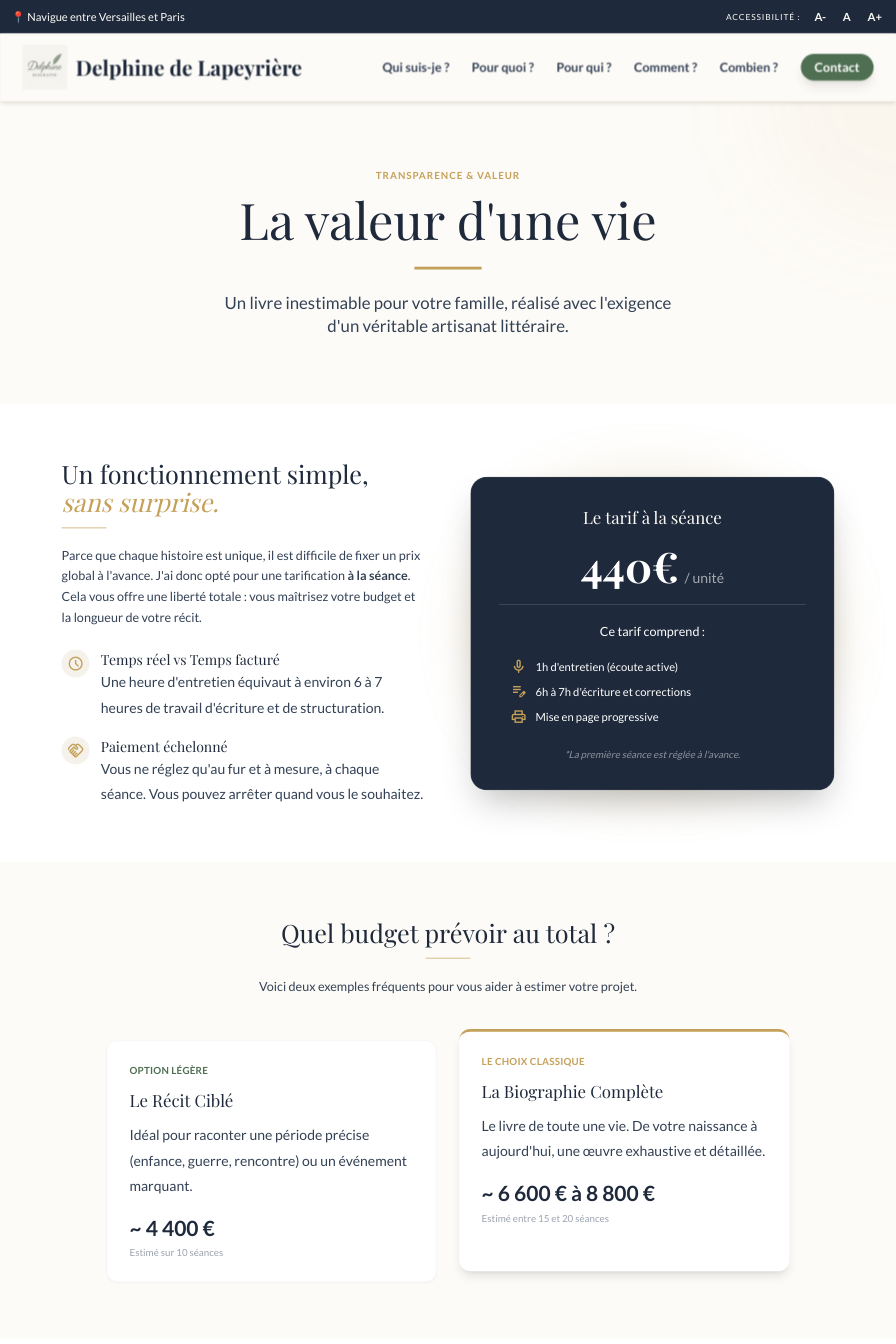
Repository: louisbdc/delphine-biographe
Page: /combien
An editor plug-in stored every save of this project. The page is shown before and after a run of saves, followed by the edit.
The browser window is 1280 px wide. The pictures show the part of the page from y = 0 to 1920 px (the page is 3323 px tall before and 3583 px after), at 70% of full size.
Some web fonts or font styles are not loaded; a fallback is used. The project was rebuilt for these pictures with package versions that can differ from the ones it lists, and the page was loaded fresh each time. The framework's server and built-in components were replaced by stand-ins that run in the browser. Also part of the build but not shown: next.config.js.

Above is the page before, as saved 2026-01-07 16:59:28.

After the next 2 saves:
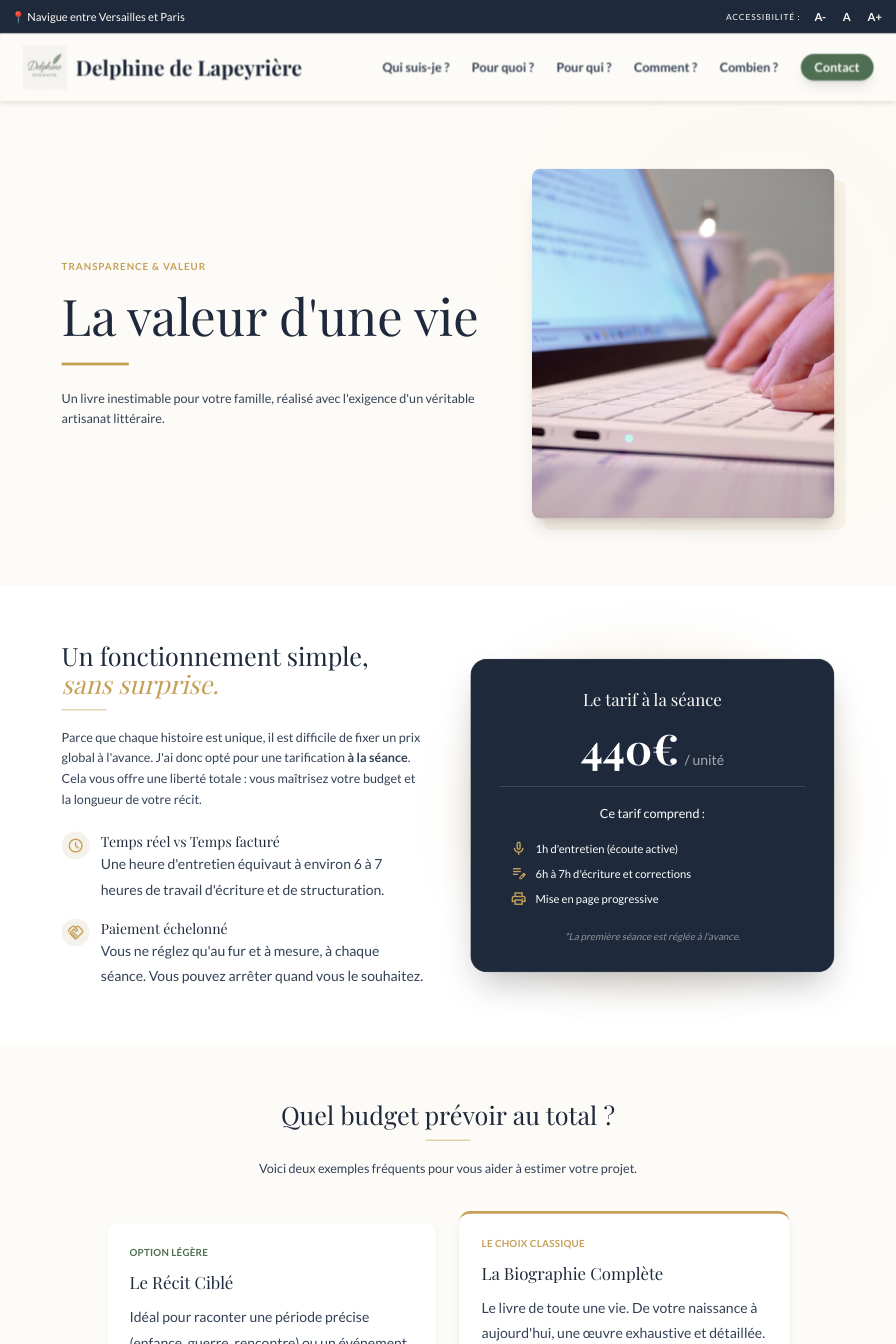
The 2 saves are shown as one change because 1 did not build or start.
The last was saved 66 s later.
--- a/app/combien/page.tsx
+++ b/app/combien/page.tsx
@@ -1,26 +1,48 @@
 import Navigation from "@/components/Navigation";
+import Image from "next/image";
 
 export default function Combien() {
   return (
     <>
       <Navigation />
 
-      {/* Hero Section : Élégant et Minimaliste */}
+      {/* Hero Section : Portrait Élégant */}
       <section className="relative py-24 bg-[#FDFBF7] overflow-hidden">
-        {/* Le même blob que sur les autres pages pour la continuité */}
-        <div className="absolute top-0 right-0 w-96 h-96 bg-gold/5 rounded-full blur-3xl translate-x-1/2 -translate-y-1/2"></div>
-        <div className="container mx-auto px-6 max-w-4xl text-center relative z-10">
-          <span className="text-gold font-bold tracking-widest uppercase text-sm mb-4 block">
-            Transparence & Valeur
-          </span>
-          <h1 className="text-5xl md:text-7xl font-serif text-navy mb-8 leading-tight">
-            La valeur d'une vie
-          </h1>
-          {/* Ajout du séparateur signature */}
-          <div className="w-24 h-1 bg-gold mx-auto mb-8"></div>
-          <p className="text-xl md:text-2xl text-navy-light max-w-2xl mx-auto leading-relaxed font-light">
-            Un livre inestimable pour votre famille, réalisé avec l'exigence d'un véritable artisanat littéraire.
-          </p>
+         {/* Décoration d'arrière-plan */}
+         <div className="absolute top-0 right-0 w-full h-full opacity-10 pointer-events-none">
+            <div className="absolute right-[-10%] top-[-10%] w-[50vw] h-[50vw] bg-gold/20 rounded-full blur-[100px]"></div>
+         </div>
+
+        <div className="container mx-auto px-6 max-w-6xl relative z-10">
+          <div className="grid md:grid-cols-12 gap-12 items-center">
+            {/* Colonne Texte (7 cols) */}
+            <div className="md:col-span-7 order-2 md:order-1">
+               <span className="text-gold font-bold tracking-widest uppercase text-sm mb-6 block fade-in">
+                Transparence & Valeur
+              </span>
+              <h1 className="text-5xl md:text-7xl font-serif text-navy mb-8 leading-tight fade-in">
+                La valeur d'une vie
+              </h1>
+              <div className="w-24 h-1 bg-gold mb-8"></div>
+              <p className="text-lg text-navy-light leading-relaxed max-w-2xl">
+                Un livre inestimable pour votre famille, réalisé avec l'exigence d'un véritable artisanat littéraire.
+              </p>
+            </div>
+
+            {/* Colonne Image (5 cols) - Style Album photo unifié */}
+            <div className="md:col-span-5 order-1 md:order-2 relative">
+              <div className="absolute inset-0 bg-gold/10 transform translate-x-4 translate-y-4 rounded-xl z-0"></div>
+              <div className="relative z-10 h-[500px] w-full rounded-xl overflow-hidden shadow-xl">
+                <Image
+                  src="/writing_job.jpg"
+                  alt="La valeur d'une vie"
+                  fill
+                  className="object-cover"
+                  priority
+                />
+              </div>
+            </div>
+          </div>
         </div>
       </section>
 
